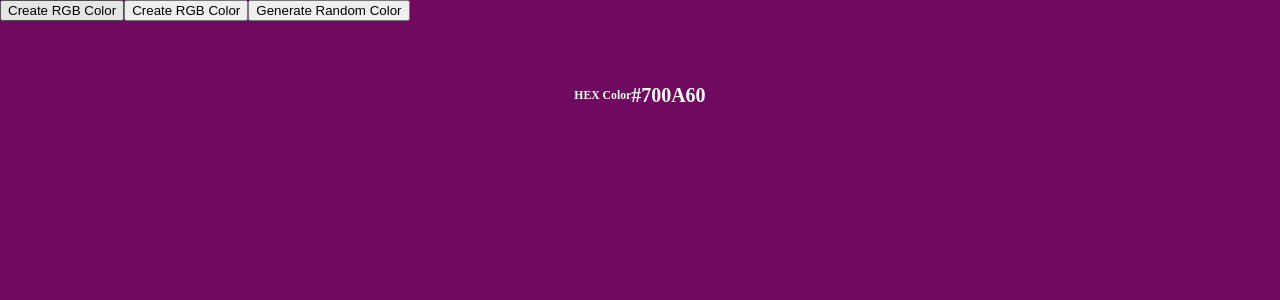
Repository: wakoya-tech/react-project
Page: / (app in react-project/)
An editor plug-in stored every save of this project. The page is shown before and after the next save, followed by the edit.
The browser window is 1280 px wide. The pictures show the whole page.
The project was rebuilt for these pictures with package versions that can differ from the ones it lists, and the page was loaded fresh each time. Also part of the build but not shown: react-project/vite.config.js, react-project/src/index.css.

Above is the page before, as saved 2025-10-23 00:57:18.

### react-project/src/App.jsx
import './App.css';
import RandomColor from "./random-Color";


function App() {
  return (
    <div>
      <RandomColor />
    </div>
  );
}

export default App;

### react-project/src/App.css
body{
    margin: 0;
    padding: 0;
}
.wrapper{
display: flex;
text-align: center;
align-items: center;
justify-content: center;
}

### react-project/src/random-Color/index.jsx
import { useEffect, useState } from "react";

export default function RandomColor() {
  const [typeOfColor, setTypeOfColor] = useState('hex');
  const [color, setColor] = useState('#000000');

  function randomColorUtility(length) {
    return Math.floor(Math.random() * length);
  }

  function handleCreateRandomHexColor() {
    const hex = [0,1,2,3,4,5,6,7,8,9,"A","B","C","D","E","F"];
    let hexColor = "#";
    for (let i = 0; i < 6; i++) {
      hexColor += hex[randomColorUtility(hex.length)];
    }
    console.log(hexColor);
    setColor(hexColor);
  }

  function handleCreateRandomRgbColor() {
const r =randomColorUtility(256);
const g =randomColorUtility(256);
const b =randomColorUtility(256);
setColor(`rgb${r},${g},${b}`)
  }
  useEffect(()=>{
    if(typeOfColor === 'rgb')handleCreateRandomRgbColor();
else handleCreateRandomHexColor();
},[typeOfColor])

  return (
    <div
      style={{
        width: "100vw",
        height: "100vh",
        background: color,
      }}
    >
      <button onClick={() => setTypeOfColor('hex')}>Create RGB Color</button>
      <button onClick={() => setTypeOfColor('rgb')}>Create RGB Color</button>
      <button
        onClick={typeOfColor === 'hex' ? handleCreateRandomHexColor : handleCreateRandomRgbColor}
      >
        Generate Random Color
      </button>
      <div style={{
        display:'flex',
        justifyContent:'center',
        alignItems:'center',
        color:'#fff',
        fontSize:'10px',
        marginTop:'50px'

      }}>
<h3>{typeOfColor === "rgb" ? "RGB Color" : "HEX Color"}</h3>
  <h1>{color}</h1>
      </div>
    </div>
  );
}

Loaded but not shown: react-project/index.html (common file); react-project/src/main.jsx (common file)

After the next save:
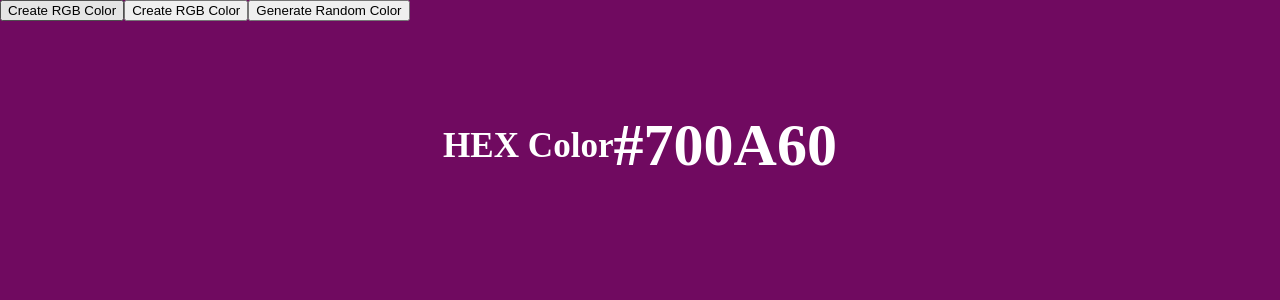
Saved 13 s later.
--- a/react-project/src/random-Color/index.jsx
+++ b/react-project/src/random-Color/index.jsx
@@ -49,7 +49,7 @@ else handleCreateRandomHexColor();
         justifyContent:'center',
         alignItems:'center',
         color:'#fff',
-        fontSize:'10px',
+        fontSize:'30px',
         marginTop:'50px'
 
       }}>
